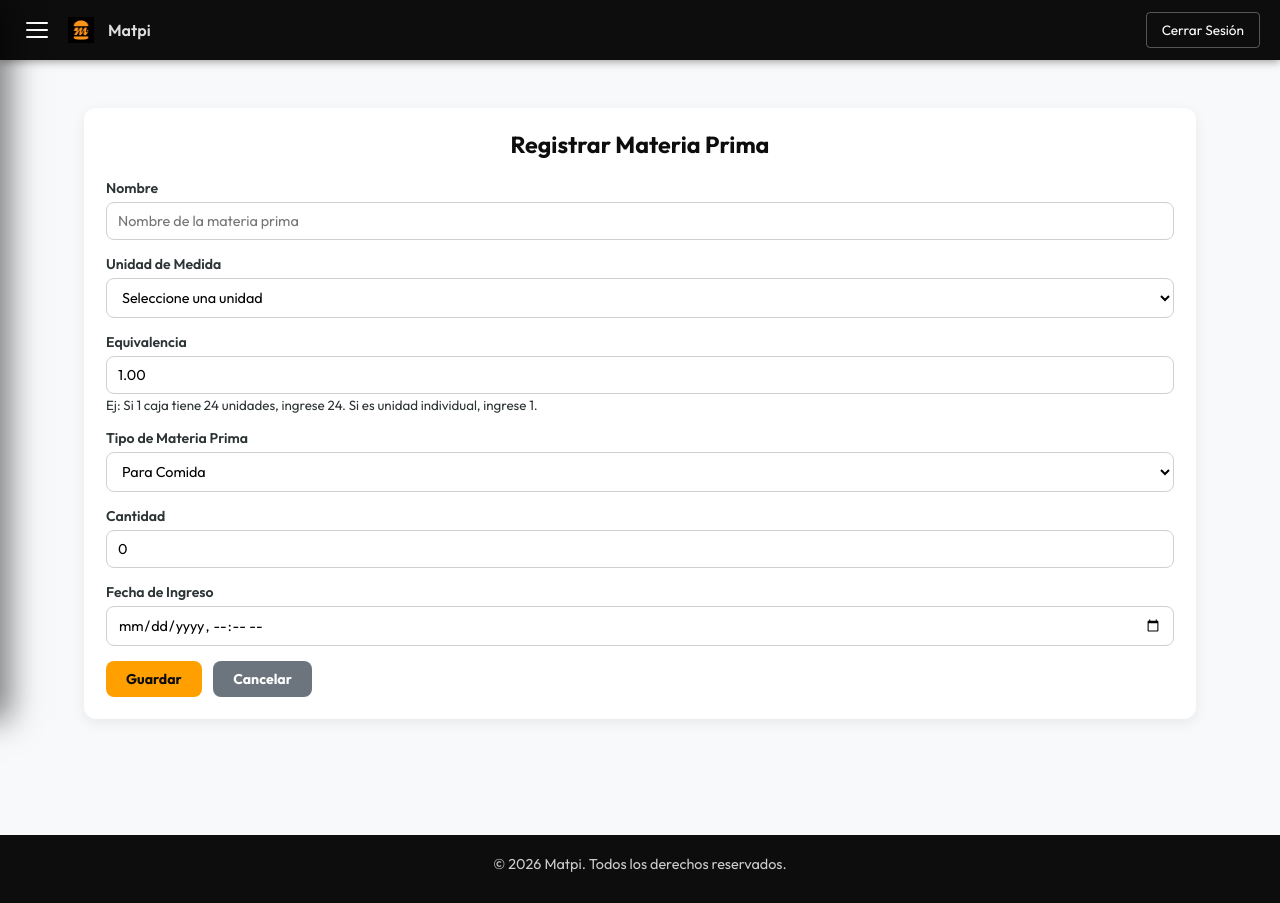
Repository: JuanFelipeNieto/MATPI-Python
Page: MATPI/materia_prima/templates/materia_prima/registrar.html
The author's editor kept a copy of each file at every save. The page is drawn from the files as they stood at one save, then again after the next save.
The browser window is 1280 px wide. The pictures show the whole page.
The template is drawn by Django 5.2. The application's start-up code is not run. The template is opened directly, without the code that normally fills it, so the values that code supplies are empty.

Above is the page before, as saved 2026-03-20 17:27:20.

After the next save:
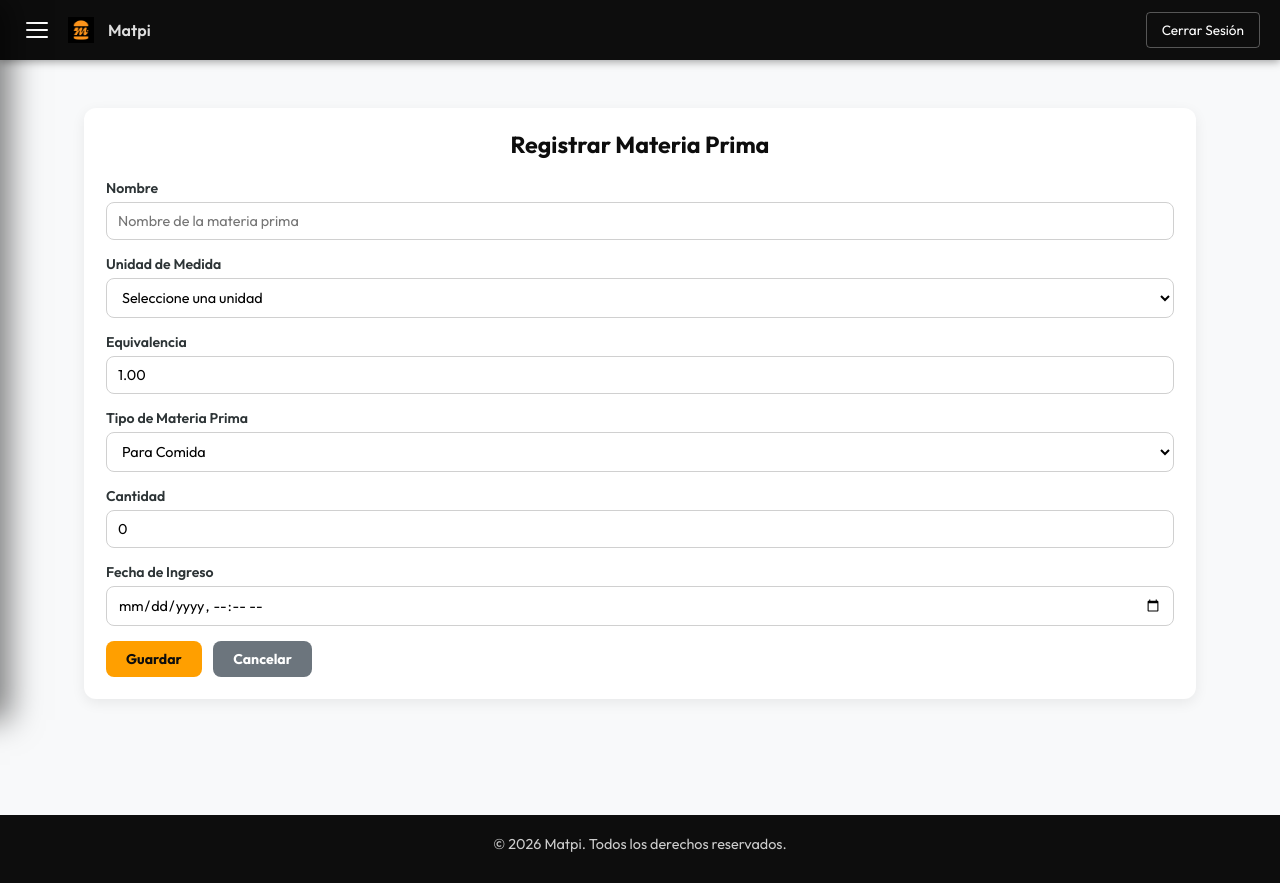
Saved 6 s later.
--- a/MATPI/materia_prima/templates/materia_prima/registrar.html
+++ b/MATPI/materia_prima/templates/materia_prima/registrar.html
@@ -31,7 +31,6 @@
         <div class="form-group">
             <label for="txt_cantidad_unidad">Equivalencia</label>
             <input type="number" id="txt_cantidad_unidad" name="txt_cantidad_unidad" step="0.01" value="1.00" required>
-            <small>Ej: Si 1 caja tiene 24 unidades, ingrese 24. Si es unidad individual, ingrese 1.</small>
         </div>
 
         <div class="form-group">
